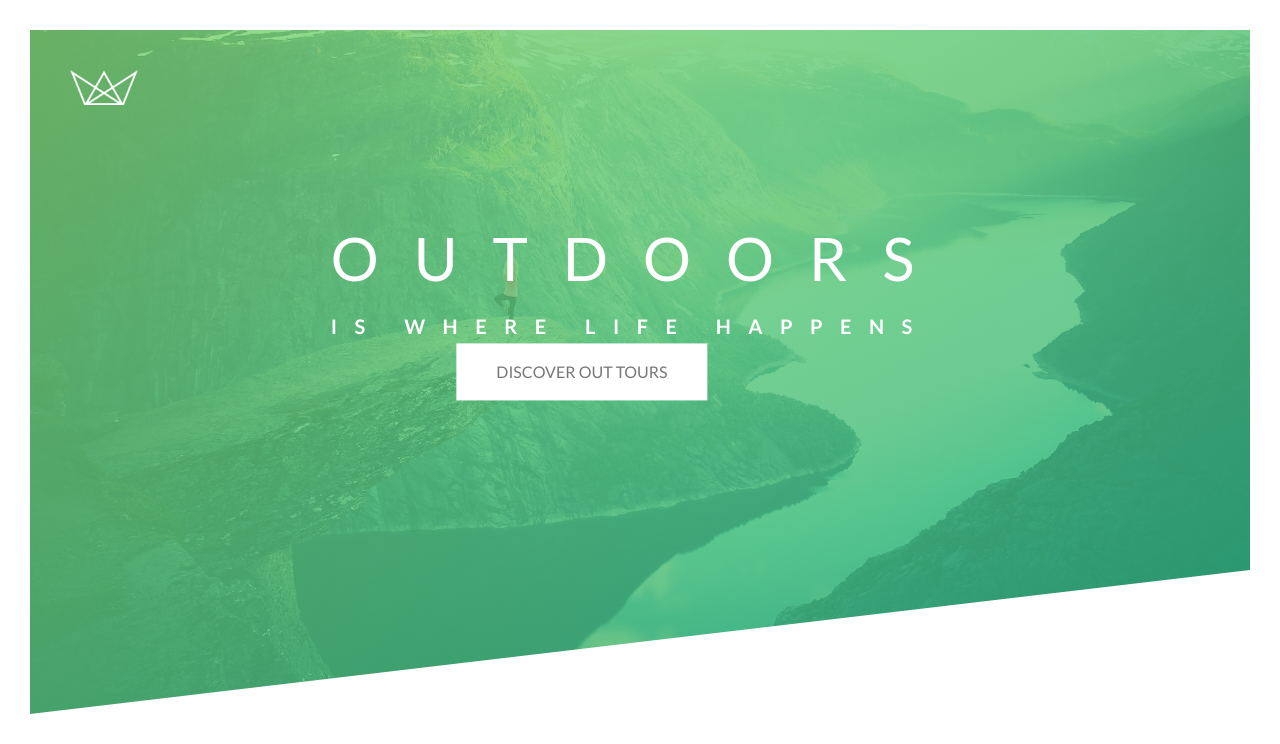
Repository: kamilluc/advanced-css-course
Page: Natours/my-implementation/index.html
An editor plug-in stored every save of this project. The page is shown before and after the next save, followed by the edit.
The browser window is 1280 px wide. The pictures show the whole page.

Above is the page before, as saved 2019-05-24 23:24:42.

### Natours/my-implementation/index.html
<!DOCTYPE html>
<html lang="en">
  <head>
    <meta charset="UTF-8" />
    <meta name="viewport" content="width=device-width, initial-scale=1.0" />

    <link
      href="https://fonts.googleapis.com/css?family=Lato:100,300,400,700,900"
      rel="stylesheet"
    />

    <link rel="stylesheet" href="css/icon-font.css" />
    <link rel="stylesheet" href="css/style.css" />
    <link rel="shortcut icon" type="image/png" href="img/favicon.png" />

    <title>Natours | Exciting tours for adventurous people</title>
  </head>
  <body>
    <!-- HEADER -->
    <header class="header">
      <div class="logo-box">
        <img src="img/logo-white.png" alt="logo" class="logo" />
      </div>
      <div class="text-box">
        <h1 class="heading-primary">
          <span class="heading-primary-main">Outdoors</span>
          <span class="heading-primary-sub">is where life happens</span>
        </h1>
        <a href="#" class="btn btn-white">Discover out tours</a>
      </div>
    </header>
  </body>
</html>

### Natours/my-implementation/css/style.css
/*
COLORS:

Light green: #7ed56f
Medium green: #55c57a
Dark green: #28b485

*/

/* BASIC RESET, NORMALIZE COULD BE USED BUT NOT REALLY NEEDED */
*,
::before,
::after {
  margin: 0;
  padding: 0;
  box-sizing: border-box;
}

/* FONTS SETTING HERE, NOT IN * CUZ THEY ARE INHERITED */
body {
  font-family: "Lato", sans-serif;
  font-weight: 400;
  font-size: 16px;
  line-height: 1.7;
  color: #777;
  padding: 30px;
}

.header {
  height: 95vh;
  background-image: linear-gradient(
      to right bottom,
      rgba(126, 213, 111, 0.8),
      rgba(40, 180, 131, 0.8)
    ),
    url("../img/hero.jpg");
  background-size: cover;
  background-position: top;
  clip-path: polygon(0 0, 100% 0, 100% 75vh, 0 100%);
  /* AA 4CHROME */
  -webkit-backface-visibility: hidden;
  position: relative;
}

.logo-box {
  position: absolute;
  top: 40px;
  left: 40px;
}

.logo {
  height: 35px;
}

.text-box {
  position: absolute;
  top: 40%;
  left: 50%;
  transform: translate(-50%, -50%);
}

.heading-primary {
  color: white;
  text-transform: uppercase;
  /* FIX TO ANIMATION, WITH IT OBJECT DOESN'T MOVE TO TOP AT THE END OF ANIMATION, PROBABLY NO LONGER NEED AS TODAY */
  /* backface-visibility: hidden; */
}

.heading-primary-main {
  display: block;
  font-size: 60px;
  font-weight: 400;
  letter-spacing: 35px;
  animation: moveInLeft 1s 0.3s;
}

.heading-primary-sub {
  display: block;
  font-size: 20px;
  font-weight: 700;
  letter-spacing: 17.5px;
  animation: moveInRight 1.2s 0.3s;
}

@keyframes moveInLeft {
  0% {
    opacity: 0;
    transform: translateX(-100px);
  }
  75% {
    transform: translateX(10px);
  }
  100% {
    opacity: 1;
    transform: translate(0);
  }
}
@keyframes moveInRight {
  0% {
    opacity: 0;
    transform: translateX(100px);
  }
  75% {
    transform: translateX(-10px);
  }
  100% {
    opacity: 1;
    transform: translate(0);
  }
}

.btn:link,
.btn:visited {
  text-transform: uppercase;
  text-decoration: none;
  padding: 15px 40px;
  display: inline-block;
  transform: translate(50%);
}

.btn-white {
  background-color: white;
  color: #777;
}

Loaded but not shown: Natours/my-implementation/css/icon-font.css (no copy from this time; the picture is the same without it)

After the next save:
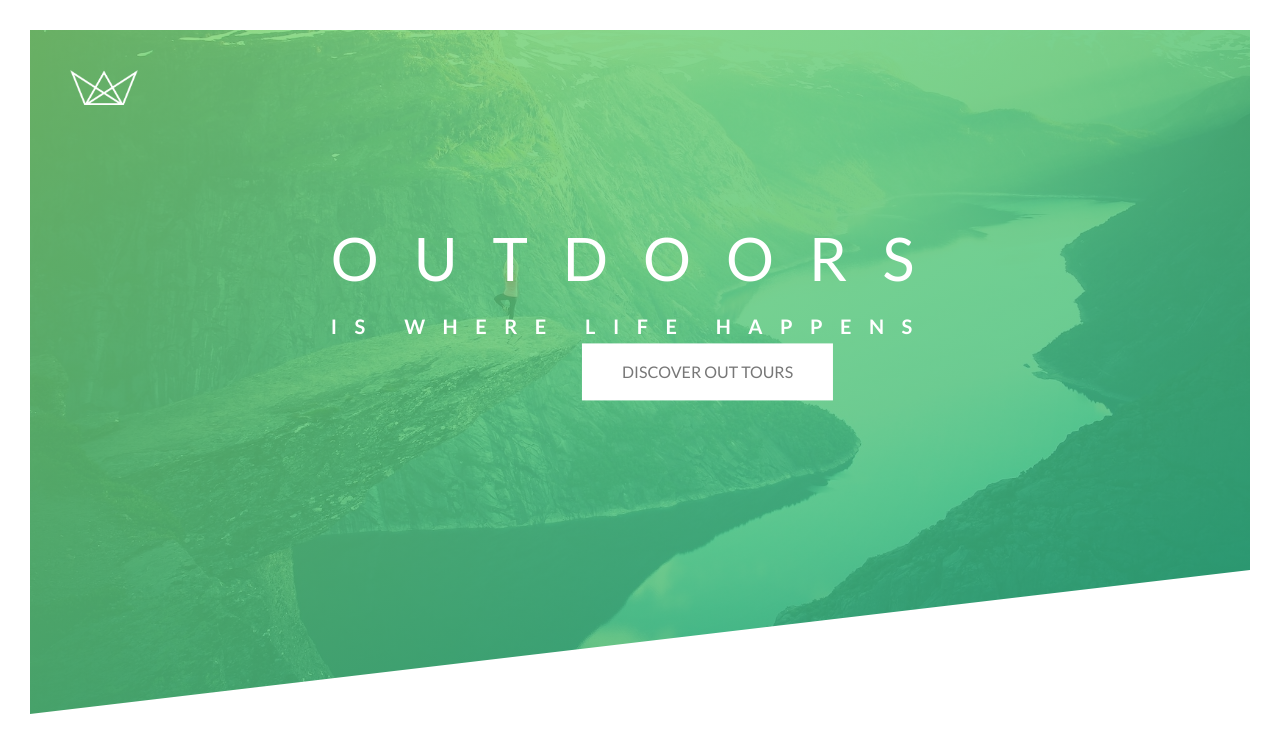
Saved 6 s later.
--- a/Natours/my-implementation/css/style.css
+++ b/Natours/my-implementation/css/style.css
@@ -115,7 +115,7 @@ body {
   text-decoration: none;
   padding: 15px 40px;
   display: inline-block;
-  transform: translate(50%);
+  transform: translate(100%);
 }
 
 .btn-white {
